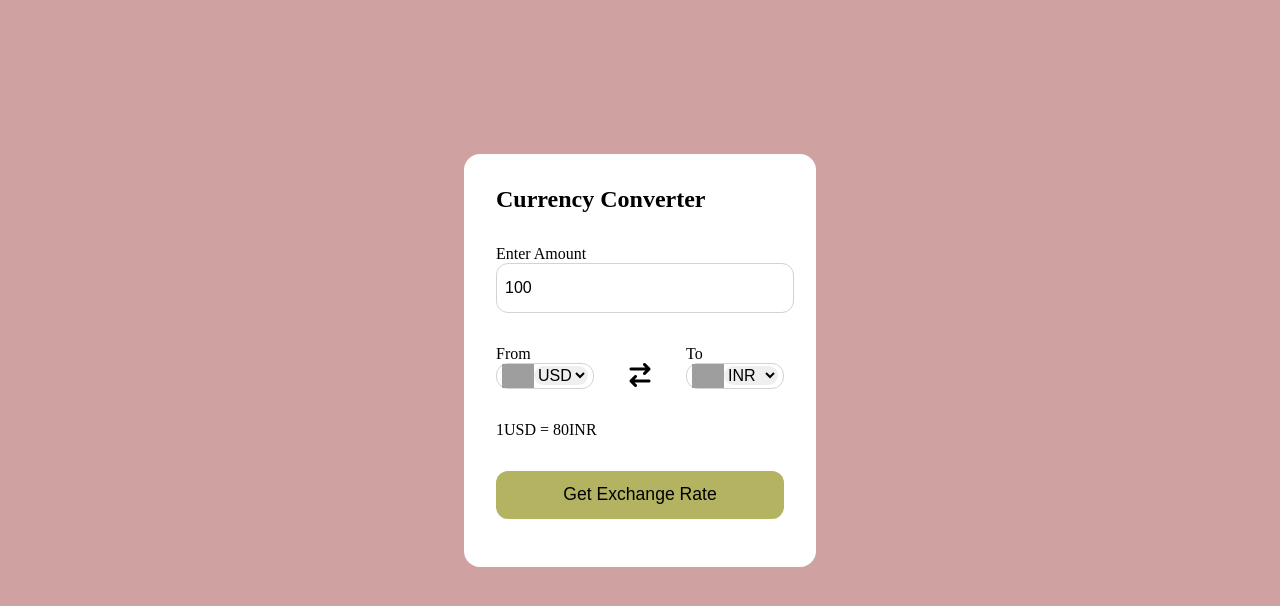
Repository: Chiranshukapil/Currency-Converter
Page: index.html
These files come from the project's save history. The page is drawn as it stood at one moment and after the next save; the edit follows.
The browser window is 1280 px wide. The pictures show the whole page.
Pictures or frames that could not be fetched are drawn as grey boxes.

Above is the page before, as saved 2024-07-01 04:36:13.

### index.html
<!DOCTYPE html>
<html lang="en">
<head>
    <meta charset="UTF-8">
    <meta name="viewport" content="width=device-width, initial-scale=1.0">
    <title>Currency Converter</title>
    <link rel="stylesheet" href="style.css">
    <link rel="stylesheet" href="https://cdnjs.cloudflare.com/ajax/libs/font-awesome/6.5.2/css/all.min.css" integrity="sha512-SnH5WK+bZxgPHs44uWIX+LLJAJ9/2PkPKZ5QiAj6Ta86w+fsb2TkcmfRyVX3pBnMFcV7oQPJkl9QevSCWr3W6A==" crossorigin="anonymous" referrerpolicy="no-referrer" />
</head>
<body>
    <div class="container">
        <h2>Currency Converter</h2>
        <form>
            <div class="amount">
                <p>Enter Amount</p>
                <input value="100" type="text">
            </div>
            <div class="dropdown">
                <div class="from">
                    <p>From</p>
                    <div class="select-container">
                        <img src="https://flagsapi.com/US/flat/64.png">
                        <select name="from">
                            <option value="USD">USD</option>
                            <option value="INR">INR</option>
                            <option value="EUR">EUR</option>
                            <option value="AUD">AUD</option>
                        </select>
                    </div>
                </div>
                <i class="fa-solid fa-arrow-right-arrow-left"></i>
                <div class="to">
                    <p>To</p>
                    <div class="select-container">
                        <img src="https://flagsapi.com/IN/flat/64.png">
                        <select name="to">
                            <option value="USD">USD</option>
                            <option value="INR" selected>INR</option>
                            <option value="EUR">EUR</option>
                            <option value="AUD">AUD</option>
                        </select>
                    </div>
                </div>
            </div>
            <div class="msg">1USD = 80INR</div>
            <button>Get Exchange Rate</button>
        </form>
    </div>



    <script src="script.js"></script>
</body>
</html>

### style.css
*{
    margin: 0;
    padding: 0;
}

html,body{
    height: 100%;
    width: 100%;
    display: flex;
    flex-direction: column;
    align-items: center;
    justify-content: center;
    background-color: rgb(207, 161, 161);
}
.container{
    /* display: flex;
    flex-direction: column;
    text-align: center;
    align-items: center;
    justify-content: center; */
    background-color: white;
    padding: 2rem;
    border-radius: 1rem;
    min-height: 45vh;
    width: 40vh;
}

form{
    margin: 2rem 0 1rem 0;
}

form select,button,input{
    width: 100%;
    border: none;
    outline: none;
    border-radius: 0.75rem;
}

form input{
    border: 1px solid lightgray;
    font-size: 1rem;
    height: 3rem;
    padding-left: 0.5rem;
}

.dropdown{
    display: flex;
    justify-content: space-between;
    align-items: center;
    margin-top: 2rem;
}

.dropdown i{
    font-size: 1.5rem;
    margin-top: 1rem;
}

.select-container img{
    max-width: 2rem;
}

.select-container{
    display: flex;
    justify-content: center;
    align-items: center;
    width: 6rem;
    border-radius: 0.75rem;
    border: 1px solid lightgray;
}

.select-container select{
    font-size: 1rem;
    width: auto;
}

.msg{
    margin: 2rem 0;
}

form button{
    height: 3rem;
    cursor: pointer;
    font-size: 1.1rem;
    background-color: rgb(179, 179, 98);
}

Loaded but not shown: script.js (no copy from this time; the picture is the same without it)

After the next save:
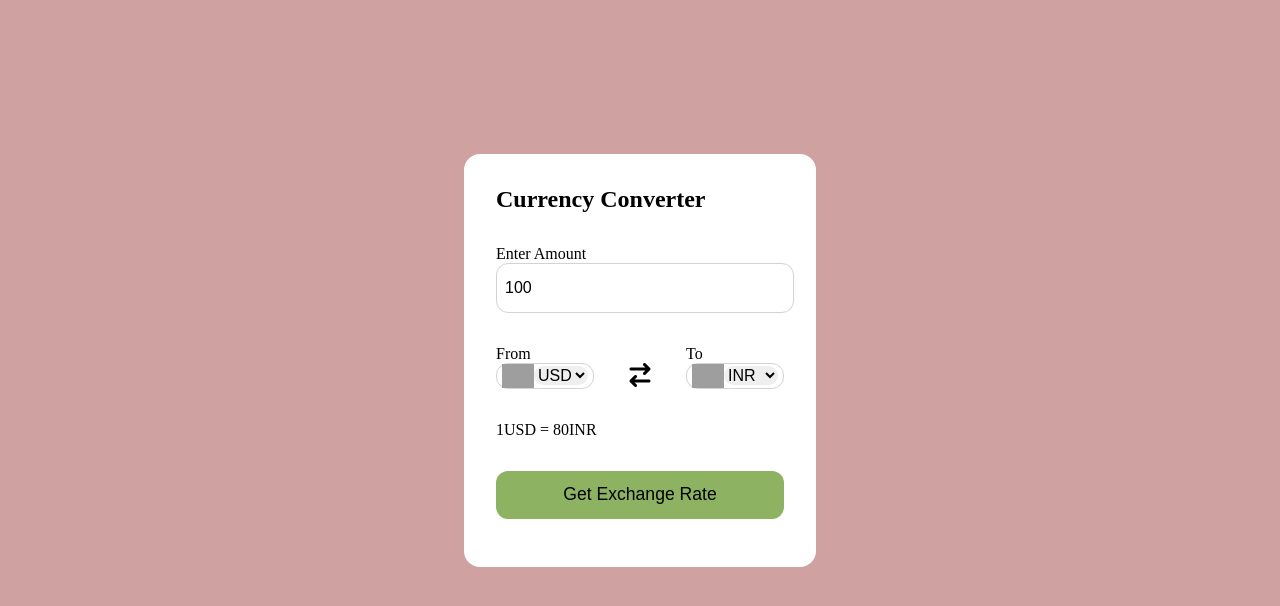
Saved 7 s later.
--- a/style.css
+++ b/style.css
@@ -81,5 +81,5 @@ form button{
     height: 3rem;
     cursor: pointer;
     font-size: 1.1rem;
-    background-color: rgb(179, 179, 98);
+    background-color: rgb(141, 179, 98);
 }
